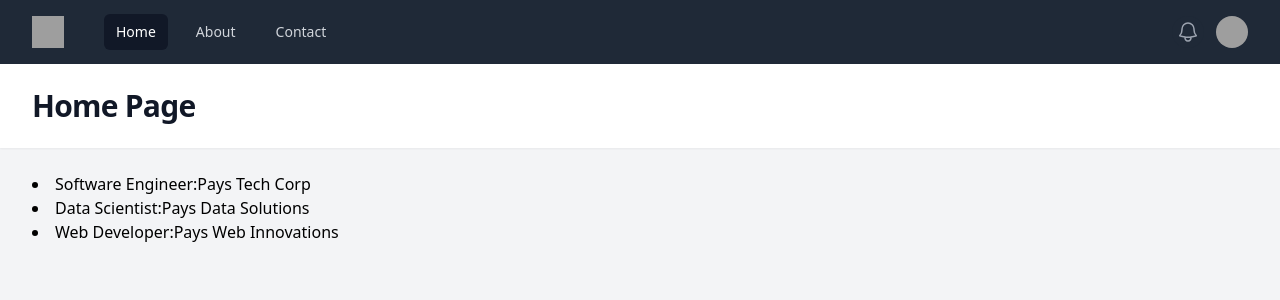
Repository: mennaabdelelhady/30-Days-to-Learn-Laravel
Page: http://localhost/home
The author's editor kept a copy of each file at every save. The page is drawn from the files as they stood at one save, then again after the next save.
The browser window is 1280 px wide. The pictures show the whole page.
Pictures or frames that could not be fetched are drawn as grey boxes. Some web libraries are served in a nearby version. The page is served by the project's Laravel application, run on PHP 8.4 with Laravel 12.

Above is the page before, as saved 2025-07-09 12:15:58.

After the next save:
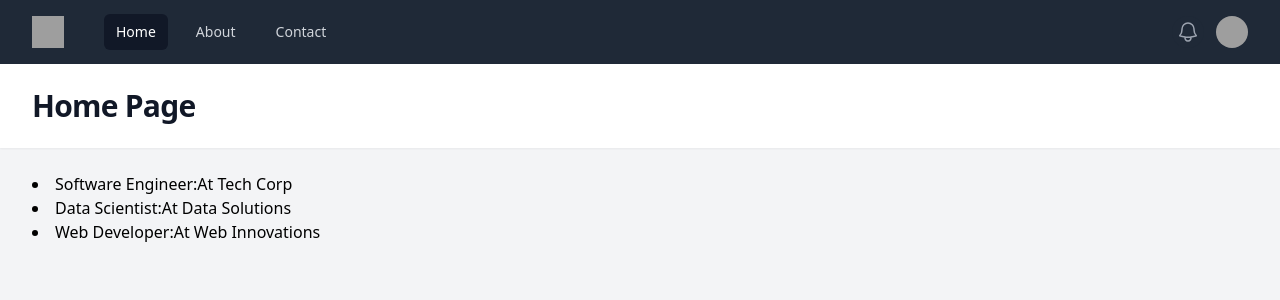
Saved 19 s later.
--- a/resources/views/home.blade.php
+++ b/resources/views/home.blade.php
@@ -4,6 +4,6 @@
     </x-slot:heading>
 
     @foreach ($jobs as $job)
-    <li>{{$job['title']}}:Pays {{ $job['company']}}</li>
+    <li>{{$job['title']}}:At {{ $job['company']}}</li>
     @endforeach
 </x-layout>
